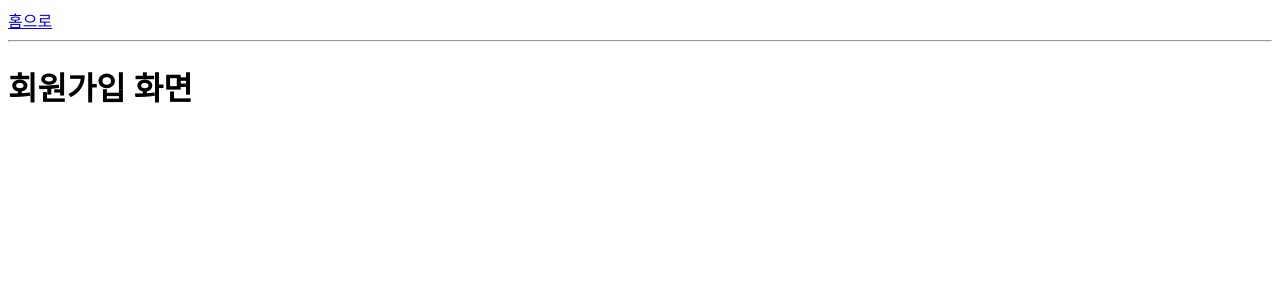
Repository: honsb91/Study_Spring
Page: http://localhost/01.Web/member
The author's editor kept a copy of each file at every save. The page is drawn from the files as they stood at one save, then again after the next save.
The browser window is 1280 px wide. The pictures show the whole page.
The page is served by Tomcat 9. Other server files are loaded and not shown.

Above is the page before, as saved 2023-12-20 06:36:45.

### WorkSpace/01.Web/src/main/webapp/WEB-INF/views/member/join.jsp
<%@ page language="java" contentType="text/html; charset=UTF-8"
    pageEncoding="UTF-8"%>
<%@ taglib uri="http://java.sun.com/jsp/jstl/core" prefix="c"%>
<!DOCTYPE html>
<html>
<head>
<meta charset="UTF-8">
<title>Insert title here</title>
</head>
<body>
<a href="<c:url value='/'/>">홈으로</a>
<hr>
	<h1>회원가입 화면</h1>
</body>
</html>

After the next save:
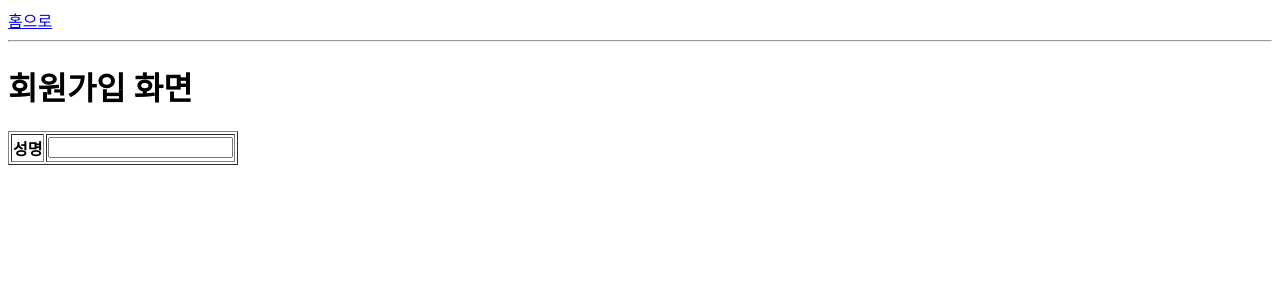
Saved 5 min 56 s later.
--- a/WorkSpace/01.Web/src/main/webapp/WEB-INF/views/member/join.jsp
+++ b/WorkSpace/01.Web/src/main/webapp/WEB-INF/views/member/join.jsp
@@ -11,5 +11,15 @@
 <a href="<c:url value='/'/>">홈으로</a>
 <hr>
 	<h1>회원가입 화면</h1>
+
+	<form action="">
+		<table border="1">
+		<tr><th>성명</th>
+			<td><input type="text"></td>
+		</tr>
+
+		</table>
+
+	</form>
 </body>
 </html>
